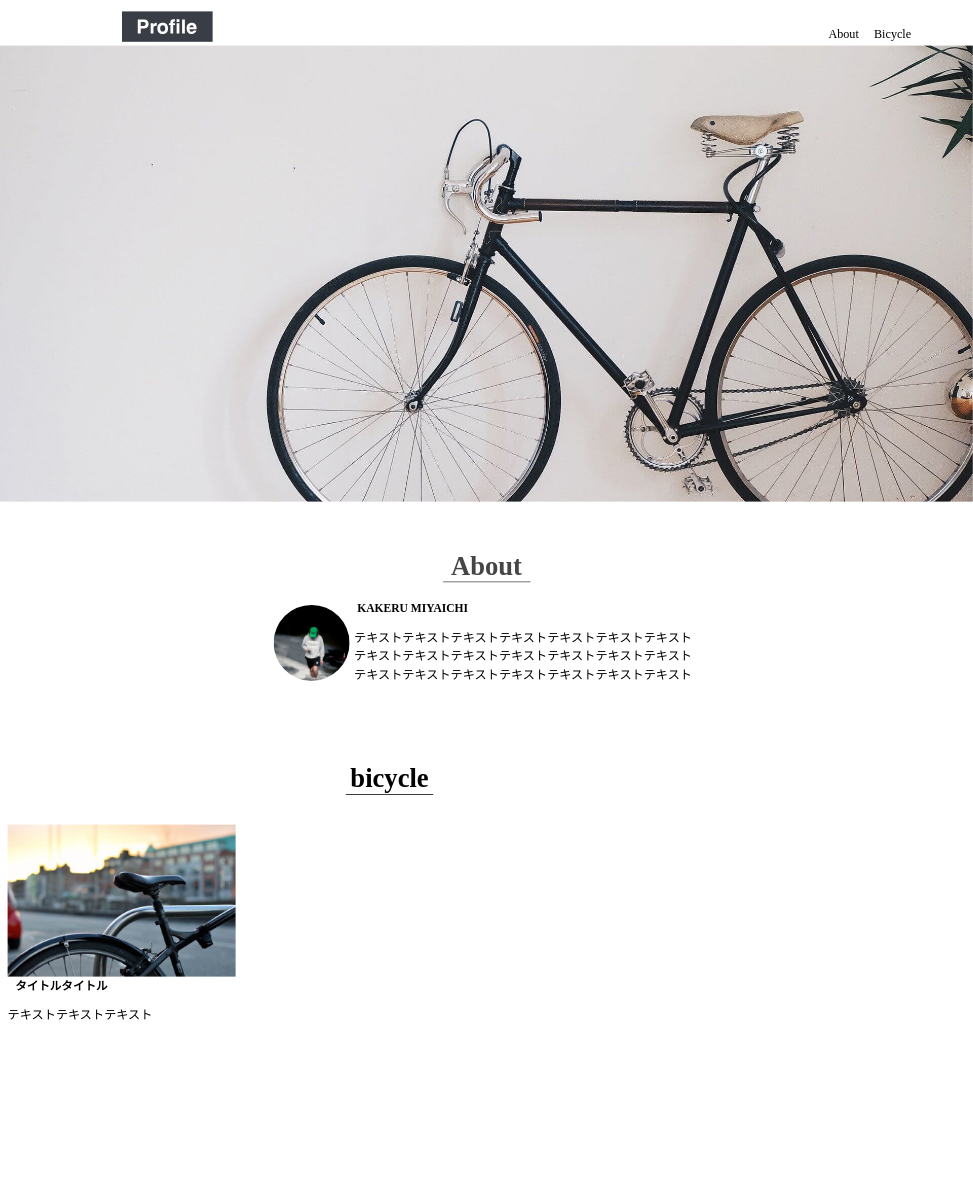
Repository: KubotaAtsushi/samurai_HTML-CSS
Page: 20210406/index.html
The author's editor kept a record of every edit. The page is drawn from the files as they stood at one moment, then again after the next edit.
The browser window is 1280 px wide. The pictures show the whole page, at 76% of full size.

Above is the page before.

### 20210406/index.html
<!DOCTYPE html>
<html lang="ja">
    <head>
        <meta charset="UTF-8">
        <title>Profile</title>
        <link rel="stylesheet" href="style.css">
        <link rel="icon" href="img/favicon.ico">
    </head>
    <body>
        <header>
            <img src="img/logo.svg" alt="bicycle">
            <nav>
                <ul>
                    <li>About</li>
                    <li>Bicycle</li>
                </ul>
            </nav>
        </header>
        <main>
            <div id="mainvisual">
                <img src="img/mainvisual.jpg">
            </div>
            <section id="about">
                <h2>About</h2>
                <div class="about">
                    <img src="img/about.jpg" alt="about">
                    <h3>KAKERU MIYAICHI</h3>
                    <P>
                        テキストテキストテキストテキストテキストテキストテキスト<br>
                        テキストテキストテキストテキストテキストテキストテキスト<br>
                        テキストテキストテキストテキストテキストテキストテキスト<br>
                    </P>
                </div>
            </section>
            <section id="bicycle">
                <h2>bicycle</h2>
                    <ul>
                        <li>
                            <img src="img/bicycle1.jpg" width="300" height="200" alt=bicycle1>
                            <h3>タイトルタイトル</h3>
                            <p>テキストテキストテキスト</p>
                        </li>

                    </ul>
            </section>
        </main>
        <footer></footer>
    </body>
</html>

### 20210406/style.css
@charset "utf-8";
body {
    height: 220vh;
    margin: 0;
}
header {
    height: 50px;
    width: 960px;
    margin: 0 auto;
    padding: 0 4%;
    padding-top: 10px;
    display: flex;
}
header img {
    width: 120px;
}
ul {
    list-style-type: none;
    padding-left: 0;
    display: flex;
}
nav {
    margin-left: 800px;
}
li {
    margin: 10px;
}
div#mainvisual {
    width: 100%;
    height: 600px;
}
#mainvisual img {
    width: 100%;
    object-fit: cover;
    height: 600px;
}
section#about {
    width: 960px;
    margin: 0 auto;
    height: 400px;
    padding: 0 4%;
    margin-top: 65px;
}
#about h2 {
    width: 115px;
    margin: 0 auto;
    text-align: center;
    font-size: 35px;
    border-bottom: solid 1px;
    color: #000000ba;
}
.about {
    height: 200px;
    margin-top: 30px;
    display: flex;
}
#about img {
    width: 100px;
    height: 100px;
    border-radius: 50%;
    margin-left: 200px;
}
h3 {
    margin-top: -5px;
    margin-left: 10px;
    font-size: 95%;
}
#about p {
    margin-left: -150px;
    margin-top: 30px;
}
#bicycle h2 {
    width: 115px;
    text-align: center;
    font-size: 35px;
    border-bottom: solid 1px;
    margin-left: 455px;
    margin-top: -120px;
}
.bicycle1{
    width: 300px;
    height: 200px;
}

After the next edit:
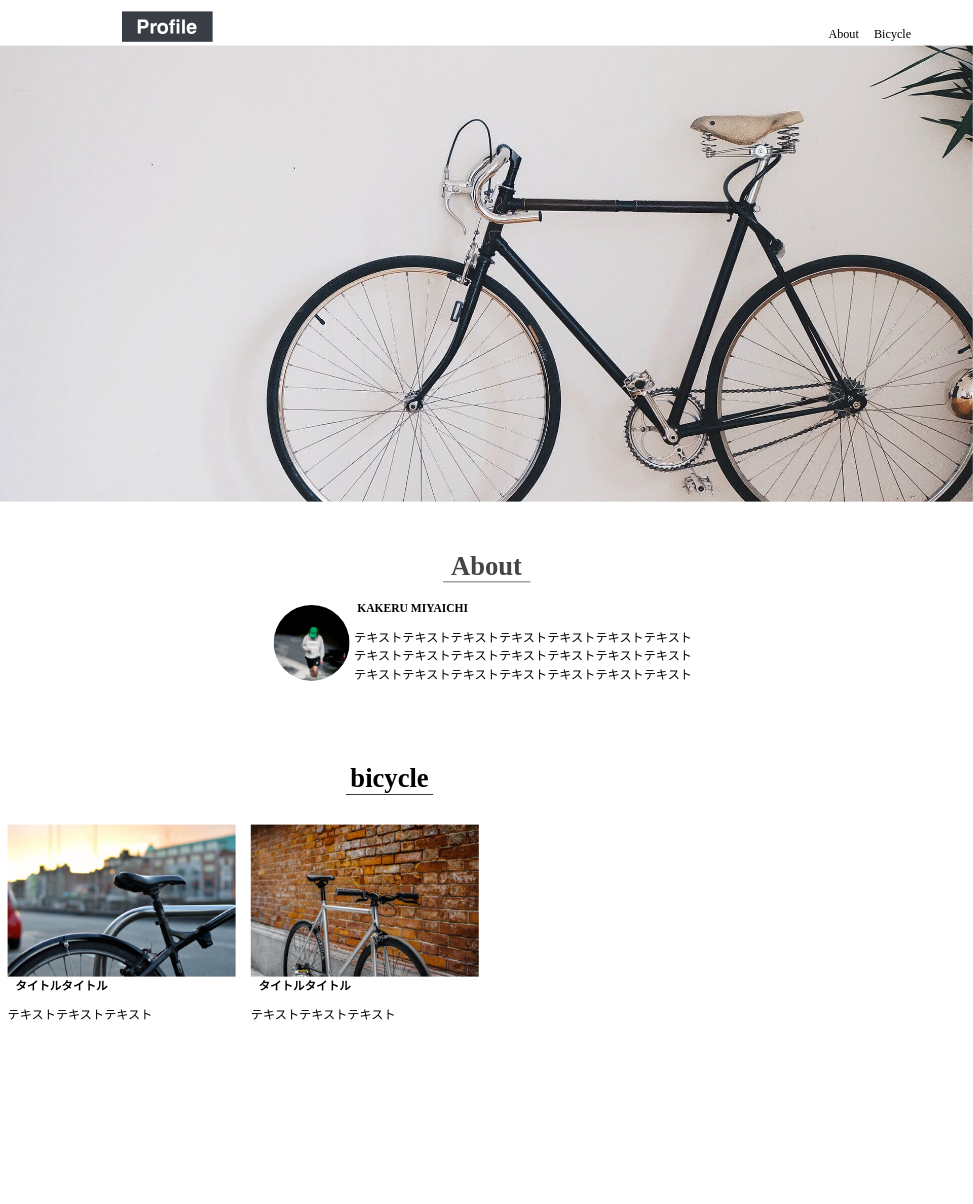
The edit:
--- a/20210406/index.html
+++ b/20210406/index.html
@@ -40,7 +40,13 @@
                             <h3>タイトルタイトル</h3>
                             <p>テキストテキストテキスト</p>
                         </li>
+                        <li>
+                             <img src="img/bicycle2.jpg" width="300" height="200" alt=bicycle2>
+                            <h3>タイトルタイトル</h3>
+                            <p>テキストテキストテキスト</p>
 
+
+                        </li>
                     </ul>
             </section>
         </main>
